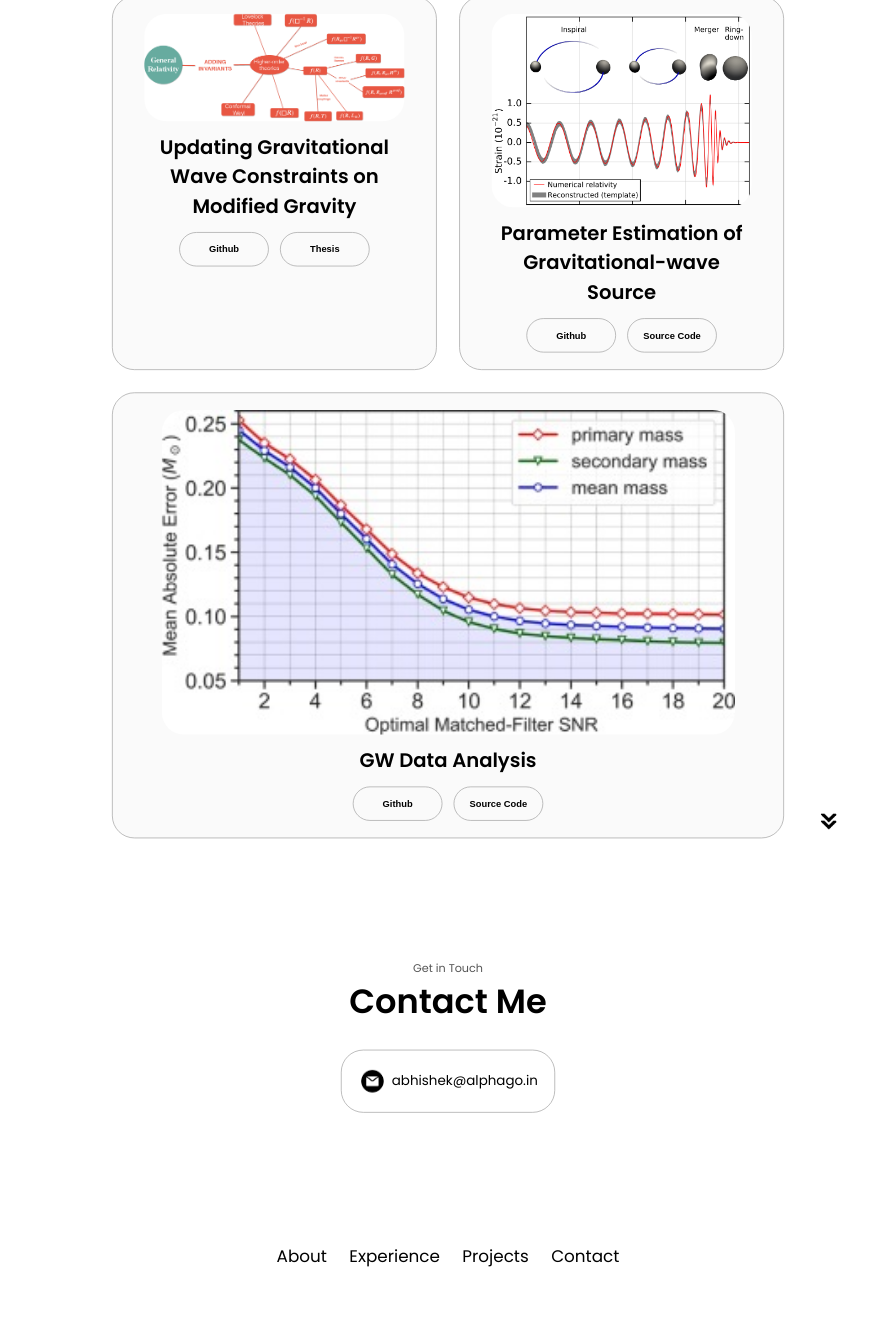
Repository: APersonalVoyage/APersonalVoyage.github.io
Page: index.html
These files come from the project's save history. The page is drawn as it stood at one moment and after the next save; the edit follows.
The browser window is 1280 px wide. The pictures show the part of the page from y = 2362 to 4282 px (the page is 4282 px tall before and 4179 px after), at 70% of full size.
A picture or video elsewhere on the page could not be fetched, so the positions and the page height are approximate.

Above is the page before, as saved 2023-08-24 18:17:02.

### index.html
<!DOCTYPE html>
<html lang="en">
  <head>
    <meta charset="UTF-8" />
    <meta http-equiv="X-UA-Compatible" content="IE=edge" />
    <meta name="viewport" content="width=device-width, initial-scale=1.0" />
    <title>My Portfolio</title>
    <link rel="stylesheet" href="style.css" />
    <link rel="stylesheet" href="mediaqueries.css" />

  </head>
  <body>
    <nav id="desktop-nav">
      <div class="logo">Abhishek Karkola</div>
      <div>
        <ul class="nav-links">
          <li><a href="#about">About</a></li>
          <li><a href="#experience">Experience</a></li>
          <li><a href="#projects">Projects</a></li>
          <li><a href="#contact">Contact</a></li>
        </ul>
      </div>
    </nav>
    <nav id="hamburger-nav">
      <div class="logo">Abhishek Karkola</div>
      <div class="hamburger-menu">
        <div class="hamburger-icon" onclick="toggleMenu()">
          <span></span>
          <span></span>
          <span></span>
        </div>
        <div class="menu-links">
          <li><a href="#about" onclick="toggleMenu()">About</a></li>
          <li><a href="#experience" onclick="toggleMenu()">Experience</a></li>
          <li><a href="#projects" onclick="toggleMenu()">Projects</a></li>
          <li><a href="#contact" onclick="toggleMenu()">Contact</a></li>
        </div>
      </div>
    </nav>
    <section id = "profile" style = "text-align: center;" >
        <div class="section__pic-container">
            <img src="./assets/My_profile-fotor-20230824122059.png" alt="profile" class="section__pic">
        </div>
        <div class= "section_text" style = "margin-top: 200px;" >
            <p class="section__text__p1">Hello, I'm</p>
        <h1 class="title">Abhishek Karkola</h1>
        <p class="section__text__p2">Gravitational Wave Astrophysicist</p>
        <div class="btn-container">
            <button
              class="btn btn-color-2"
              onclick="window.open('./assets/Abhishek_Academic_CV.pdf')"
            >
              Download CV
            </button>
            <button class="btn btn-color-1" onclick="location.href='./#contact'">
              Contact Info
            </button>
          </div>
          <div id="socials-container">
            <img
            src="./assets/linkedin.png"
            alt="My LinkedIn profile"
            class="icon"
            onclick="location.href='https://linkedin.com/'"
          />
          <img
            src="./assets/github.png"
            alt="My Github profile"
            class="icon"
            onclick="location.href='https://github.com/APersonalVoyage'"
          />
          <img
            src="./assets/instagram.png"
            alt="My instagram profile"
            class="icon"
            onclick="location.href='https://www.instagram.com/apersonalvoyage/'"
          />
          <img
            src="./assets/twitter.png"
            alt="My twitter profile"
            class="icon"
            onclick="location.href='https://twitter.com/APersonalVoyage'"
          />
        </div>
      </div>
          </div>

        </div>
    </section>
    <section id="about">
        <p class="section__text__p1">Get To Know More</p>
        <h1 class="title">About Me</h1>
        <div class="section-container">
          <div class="section__pic-container" style="margin-top: 150px">
            <img
              src="./assets/Profile_Pic2.JPG"
              alt="Profile picture"
              class="about-pic"
            />
          </div>
          <div class="about-details-container">
            <div class="about-containers">
              <div class="details-container">
                <img
                  src="./assets/experience.png"
                  alt="Experience icon"
                  class="icon"
                />
                <h3>Experience</h3>
                <p>1+ years <br />Research Intern</p>
              </div>
              <div class="details-container">
                <img
                  src="./assets/education.png"
                  alt="Education icon"
                  class="icon"
                />
                <h3>Education</h3>
                <p>B.E. Electronics<br />M.Sc. GW Physics</p>
              </div>
            </div>
            <div class="text-container">
              <p>
                I hold a Masters degree in Gravitational Wave Physics from Cardiff University, where my academic journey led me to explore the captivating realms of cosmology, advanced general relativity, and numerical relativity. Prior to this, I earned a Bachelors degree in Electronics and Communication Engineering, where I developed a solid foundation in the intricate world of electronic systems and communication technologies
              </p>
            </div>
          </div>
        </div>
        <img
          src="./assets/arrow.png"
          alt="Arrow icon"
          class="icon arrow"
          onclick="location.href='./#experience'"
        />
    </section>
</section>
<section id="experience">
  <p class="section__text__p1">Explore My</p>
  <h1 class="title">Experience</h1>
  <div class="experience-details-container">
    <div class="about-containers">
      <div class="details-container">
        <h2 class="experience-sub-title">Areas of Expertise</h2>
        <div class="article-container">
          <article>
            <img
              src="./assets/checkmark.png"
              alt="Experience icon"
              class="icon"
            />
            <div>
              <h3>Linear Algebra</h3>
              <p>Experienced</p>
            </div>
          </article>
          <article>
            <img
              src="./assets/checkmark.png"
              alt="Experience icon"
              class="icon"
            />
            <div>
              <h3>Tensor Mathematics</h3>
              <p>Experienced</p>
            </div>
          </article>
          <article>
            <img
              src="./assets/checkmark.png"
              alt="Experience icon"
              class="icon"
            />
            <div>
              <h3>General Relativity</h3>
              <p>Intermediate</p>
            </div>
          </article>
          <article>
            <img
              src="./assets/checkmark.png"
              alt="Experience icon"
              class="icon"
            />
            <div>
              <h3>Cosmology</h3>
              <p>Intermediate</p>
            </div>
          </article>
          <article>
            <img
              src="./assets/checkmark.png"
              alt="Experience icon"
              class="icon"
            />
            <div>
              <h3>Numerical Relativity</h3>
              <p>Basic</p>
            </div>
          </article>
          <article>
            <img
              src="./assets/checkmark.png"
              alt="Experience icon"
              class="icon"
            />
            <div>
              <h3>GW Astrophysics</h3>
              <p>Intermediate</p>
            </div>
          </article>
        </div>
      </div>
      <div class="details-container">
        <h2 class="experience-sub-title">Tools and technologies</h2>
        <div class="article-container">
          <article>
            <img
              src="./assets/checkmark.png"
              alt="Experience icon"
              class="icon"
            />
            <div>
              <h3>PostgreSQL</h3>
              <p>Basic</p>
            </div>
          </article>
          <article>
            <img
              src="./assets/checkmark.png"
              alt="Experience icon"
              class="icon"
            />
            <div>
              <h3>HTML</h3>
              <p>Intermediate</p>
            </div>
          </article>
          <article>
            <img
              src="./assets/checkmark.png"
              alt="Experience icon"
              class="icon"
            />
            <div>
              <h3>Python</h3>
              <p>Experienced</p>
            </div>
          </article>
          <article>
            <img
              src="./assets/checkmark.png"
              alt="Experience icon"
              class="icon"
            />
            <div>
              <h3>Git</h3>
              <p>Intermediate</p>
            </div>
          </article>
          <article>
            <img
              src="./assets/checkmark.png"
              alt="Experience icon"
              class="icon"
            />
            <div>
              <h3> High Performance Computing (HPC)</h3>
              <p>Intermediate</p>
            </div>
          </article>
        </div>
      </div>
    </div>
  </div>
  <img
    src="./assets/arrow.png"
    alt="Arrow icon"
    class="icon arrow"
    onclick="location.href='./#projects'"
  />
</section>
<section id="projects">
    <p class="section__text__p1">Browse My Recent</p>
    <h1 class="title">Projects</h1>
    <div class="experience-details-container">
      <div class="about-containers">
        <div class="details-container color-container">
          <div class="article-container">
            <img
              src="./assets/10-Figure2-1.png"
              alt="Project 1"
              class="project-img"
            />
          </div>
          <h2 class="experience-sub-title project-title">Updating Gravitational Wave Constraints on Modified Gravity</h2>
          <div class="btn-container">
            <button
              class="btn btn-color-2 project-btn"
              onclick="location.href='https://github.com/APersonalVoyage/MSc_Thesis'"
            >
              Github
            </button>
            <button
              class="btn btn-color-2 project-btn"
              onclick="location.href='https://github.com/APersonalVoyage/MSc_Thesis/blob/main/Abhishek_Msc_Dissertation%20.pdf'"
            >
              Thesis
            </button>
          </div>
        </div>
        <div class="details-container color-container">
          <div class="article-container">
            <img
              src="./assets/GW150914_IMR.png"
              alt="Project 2"
              class="project-img"
            />
          </div>
          <h2 class="experience-sub-title project-title">Parameter Estimation of Gravitational-wave Source</h2>
          <div class="btn-container">
            <button
              class="btn btn-color-2 project-btn"
              onclick="location.href='https://github.com/APersonalVoyage/GW-data-analysis'"
            >
              Github
            </button>
            <button
              class="btn btn-color-2 project-btn"
              onclick="location.href='https://github.com/gw-odw/odw-2021'"
            >
              Source Code
            </button>
          </div>
        </div>
         <div class="details-container color-container">
          <div class="article-container">
            <img
              src="./assets/PE.jpg"
              alt="Project 3"
              class="project-img"
            />
          </div>
          <h2 class="experience-sub-title project-title">GW Data Analysis</h2>
          <div class="btn-container">
            <button
              class="btn btn-color-2 project-btn"
              onclick="location.href='https://github.com/APersonalVoyage/Data-Analysis-2022'"
            >
              Github
            </button>
            <button
              class="btn btn-color-2 project-btn"
              onclick="location.href='https://github.com/APersonalVoyage/Data-Analysis-2022'"
            >
              Source Code
            </button>
          </div>

        </div>

      </div>
    </div>
    <img
      src="./assets/arrow.png"
      alt="Arrow icon"
      class="icon arrow"
      onclick="location.href='./#projects'"
    />
  </section>
  <section id="contact">
    <p class="section__text__p1">Get in Touch</p>
    <h1 class="title">Contact Me</h1>
    <div class="contact-info-upper-container">
      <div class="contact-info-container">
        <img
          src="./assets/email.png"
          alt="Email icon"
          class="icon contact-icon email-icon"
        />
        <p><a href="mailto:examplemail@gmail.com">abhishek@alphago.in</a></p>
      </div>
    </div>
  </section>
  <footer>
    <nav>
      <div class="nav-links-container">
        <ul class="nav-links">
          <li><a href="#about">About</a></li>
          <li><a href="#experience">Experience</a></li>
          <li><a href="#projects">Projects</a></li>
          <li><a href="#contact">Contact</a></li>
        </ul>
      </div>
    </nav>

  </footer>
  <script src="script.js"></script>
</body>
</html>

### style.css
/* GENERAL */

@import url("https://fonts.googleapis.com/css2?family=Poppins:wght@300;400;500;600&display=swap");

* {
  margin: 0;
  padding: 0;
}

body {
  font-family: "Poppins", sans-serif;
}

html {
  scroll-behavior: smooth;
}

p {
  color: rgb(85, 85, 85);
}

/* TRANSITION */

a,
.btn {
  transition: all 300ms ease;
}

/* DESKTOP NAV */

nav,
.nav-links {
  display: flex;
}

nav {
  justify-content: space-around;
  align-items: center;
  height: 17vh;
}

.nav-links {
  gap: 2rem;
  list-style: none;
  font-size: 1.5rem;
}

a {
  color: black;
  text-decoration: none;
  text-decoration-color: white;
}

a:hover {
  color: grey;
  text-decoration: underline;
  text-underline-offset: 1rem;
  text-decoration-color: rgb(181, 181, 181);
}

.logo {
  font-size: 2rem;
}

.logo:hover {
  cursor: default;
}

/* HAMBURGER MENU */

#hamburger-nav {
  display: none;
}

.hamburger-menu {
  position: relative;
  display: inline-block;
}

.hamburger-icon {
  display: flex;
  flex-direction: column;
  justify-content: space-between;
  height: 24px;
  width: 30px;
  cursor: pointer;
}

.hamburger-icon span {
  width: 100%;
  height: 2px;
  background-color: black;
  transition: all 0.3 ease-in-out;
}

.menu-links {
  position: absolute;
  top: 100%;
  right: 0;
  background-color: white;
  width: fit-content;
  max-height: 0;
  overflow: hidden;
  transition: all 0.3 ease-in-out;
}

.menu-links a {
  display: block;
  padding: 10px;
  text-align: center;
  font-size: 1.5rem;
  color: black;
  text-decoration: none;
  transition: all 0.3 ease-in-out;
}

.menu-links li {
  list-style: none;
}

.menu-links.open {
  max-height: 300px;
}

.hamburger-icon.open span:first-child {
  transform: rotate(45deg) translate(10px, 5px);
}

.hamburger-icon.open span:nth-child(2) {
  opacity: 0;
}

.hamburger-icon.open span:last-child {
  transform: rotate(-45deg) translate(10px, -5px);
}

.hamburger-icon span:first-child {
  transform: none;
}

.hamburger-icon span:first-child {
  opacity: 1;
}

.hamburger-icon span:first-child {
  transform: none;
}

/* SECTIONS */

section {
  padding-top: 4vh;
  height: 96vh;
  margin: 0 10rem;
  box-sizing: border-box;
  min-height: fit-content;
}

.section-container {
  display: flex;
}

/* PROFILE SECTION */

#profile {
  display: flex;
  justify-content: center;
  gap: 5rem;
  height: 80vh;
}

.section__pic-container {
  display: flex;
  height: 400px;
  width: 400px;
  margin: auto 0;
}

.section__text {
  align-self: center;
  text-align: center;
}

.section__text p {
  font-weight: 600;
}

.section__text__p1 {
  text-align: center;
}

.section__text__p2 {
  font-size: 1.75rem;
  margin-bottom: 1rem;
}

.title {
  font-size: 3rem;
  text-align: center;
}

#socials-container {
  display: flex;
  justify-content: center;
  margin-top: 1rem;
  gap: 1rem;
}

/* ICONS */

.icon {
  cursor: pointer;
  height: 2rem;
}

/* BUTTONS */

.btn-container {
  display: flex;
  justify-content: center;
  gap: 1rem;
}

.btn {
  font-weight: 600;
  transition: all 300ms ease;
  padding: 1rem;
  width: 8rem;
  border-radius: 2rem;
}

.btn-color-1,
.btn-color-2 {
  border: rgb(53, 53, 53) 0.1rem solid;
}

.btn-color-1:hover,
.btn-color-2:hover {
  cursor: pointer;
}

.btn-color-1,
.btn-color-2:hover {
  background: rgb(53, 53, 53);
  color: white;
}

.btn-color-1:hover {
  background: rgb(0, 0, 0);
}

.btn-color-2 {
  background: none;
}

.btn-color-2:hover {
  border: rgb(255, 255, 255) 0.1rem solid;
}

.btn-container {
  gap: 1rem;
}

/* ABOUT SECTION */

#about {
  position: relative;
}

.about-containers {
  gap: 2rem;
  margin-bottom: 2rem;
  margin-top: 2rem;
}

.about-details-container {
  justify-content: center;
  flex-direction: column;
}

.about-containers,
.about-details-container {
  display: flex;
}

.about-pic {
  border-radius: 2rem;
}

.arrow {
  position: absolute;
  right: -5rem;
  bottom: 2.5rem;
}

.details-container {
  padding: 1.5rem;
  flex: 1;
  background: white;
  border-radius: 2rem;
  border: rgb(53, 53, 53) 0.1rem solid;
  border-color: rgb(163, 163, 163);
  text-align: center;
}

.section-container {
  gap: 4rem;
  height: 80%;
}

.section__pic-container {
  height: 400px;
  width: 400px;
  margin: auto 0;
}

/* EXPERIENCE SECTION */

#experience {
  position: relative;
}

.experience-sub-title {
  color: rgb(85, 85, 85);
  font-weight: 600;
  font-size: 1.75rem;
  margin-bottom: 2rem;
}

.experience-details-container {
  display: flex;
  justify-content: center;
  flex-direction: column;
}

.article-container {
  display: flex;
  text-align: initial;
  flex-wrap: wrap;
  flex-direction: row;
  gap: 2.5rem;
  justify-content: space-around;
}

article {
  display: flex;
  width: 10rem;
  justify-content: space-around;
  gap: 0.5rem;
}

article .icon {
  cursor: default;
}

/* PROJECTS SECTION */

#projects {
  position: relative;
}

.color-container {
  border-color: rgb(163, 163, 163);
  background: rgb(250, 250, 250);
}

.project-img {
  border-radius: 2rem;
  width: 90%;
  height: 90%;
}

.project-title {
  margin: 1rem;
  color: black;
}

.project-btn {
  color: black;
  border-color: rgb(163, 163, 163);
}

/* CONTACT */

#contact {
  display: flex;
  justify-content: center;
  flex-direction: column;
  height: 70vh;
}

.contact-info-upper-container {
  display: flex;
  justify-content: center;
  border-radius: 2rem;
  border: rgb(53, 53, 53) 0.1rem solid;
  border-color: rgb(163, 163, 163);
  background: (250, 250, 250);
  margin: 2rem auto;
  padding: 0.5rem;
}

.contact-info-container {
  display: flex;
  align-items: center;
  justify-content: center;
  gap: 0.5rem;
  margin: 1rem;
}

.contact-info-container p {
  font-size: larger;
}

.contact-icon {
  cursor: default;
}

.email-icon {
  height: 2.5rem;
}

/* FOOTER SECTION */

footer {
  height: 26vh;
  margin: 0 1rem;
}

footer p {
  text-align: center;
}

### mediaqueries.css
@media screen and (max-width: 1400px) {
  #profile {
    height: 83vh;
    margin-bottom: 6rem;
  }
  .about-containers {
    flex-wrap: wrap;
  }
}

@media screen and (max-width: 1200px) {
  #desktop-nav {
    display: none;
  }
  #hamburger-nav {
    display: flex;
  }
  #experience,
  .experience-details-container {
    margin-top: 2rem;
  }
  #profile,
  .section-container {
    display: block;
  }
  .arrow {
    display: none;
  }
  section,
  .section-container {
    height: fit-content;
  }
  section {
    margin: 0 5%;
  }
  .section__pic-container {
    width: 275px;
    height: 275px;
    margin: 0 auto 2rem;
  }
  .about-containers {
    margin-top: 0;
  }
}

@media screen and (max-width: 600px) {
  #contact,
  footer {
    height: 40vh;
  }
  #profile {
    height: 83vh;
    margin-bottom: 0;
  }
  article {
    font-size: 1rem;
  }
  footer nav {
    height: fit-content;
    margin-bottom: 2rem;
  }
  .about-containers,
  .contact-info-upper-container,
  .btn-container {
    flex-wrap: wrap;
  }
  .contact-info-container {
    margin: 0;
  }
  .contact-info-container p,
  .nav-links li a {
    font-size: 1rem;
  }
  .experience-sub-title {
    font-size: 1.25rem;
  }
  .logo {
    font-size: 1.5rem;
  }
  .nav-links {
    flex-direction: column;
    gap: 0.5rem;
    text-align: center;
  }
  .section__pic-container {
    width: auto;
    height: 46vw;
    justify-content: center;
  }
  .section__text__p2 {
    font-size: 1.25rem;
  }
  .title {
    font-size: 2rem;
  }
  .text-container {
    text-align: justify;
  }
}

### script.js
function toggleMenu() {
    const menu = document.querySelector(".menu-links");
    const icon = document.querySelector(".hamburger-icon");
    menu.classList.toggle("open");
    icon.classList.toggle("open");
  }

After the next save:
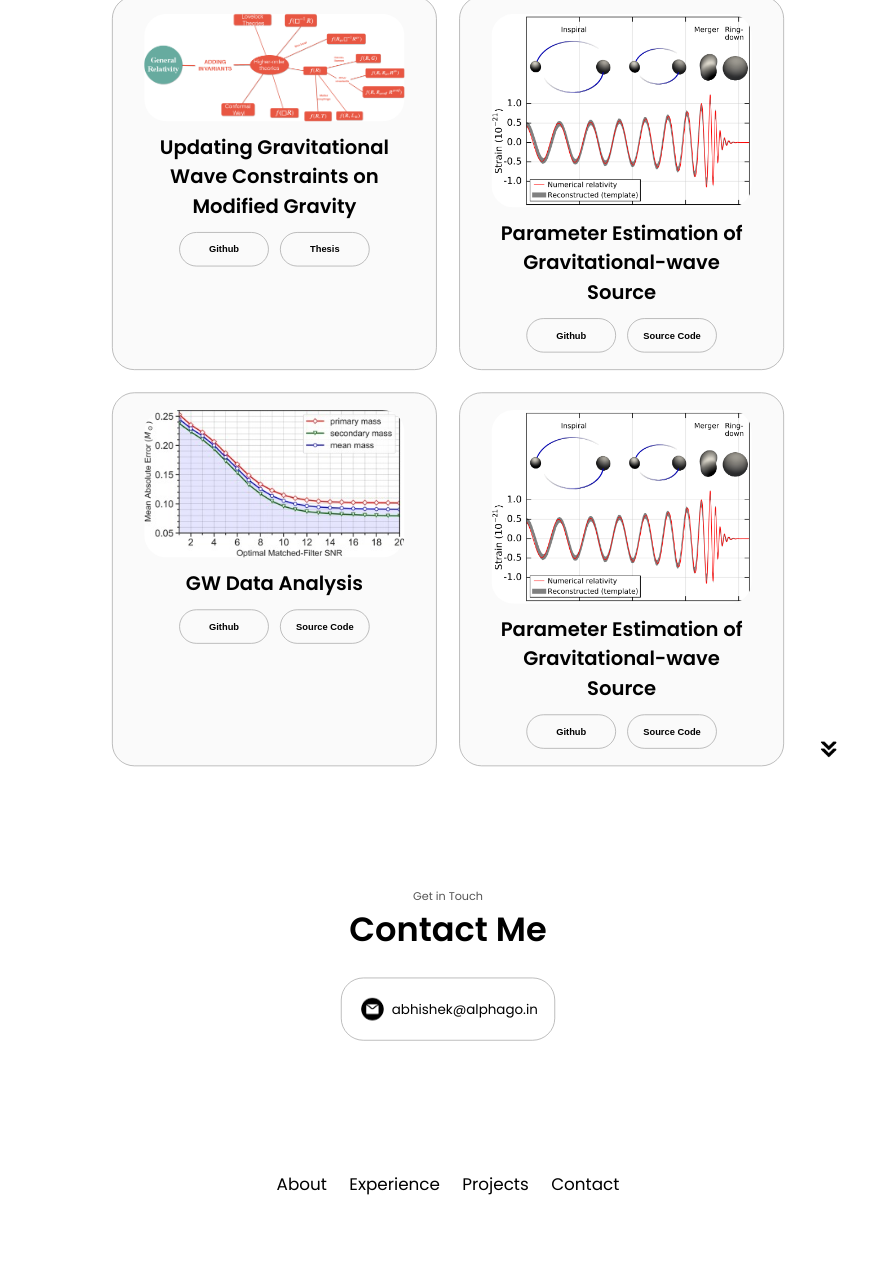
Saved 92 s later.
--- a/index.html
+++ b/index.html
@@ -357,6 +357,30 @@
           </div>
 
         </div>
+        <div class="details-container color-container">
+            <div class="article-container">
+              <img
+                src="./assets/GW150914_IMR.png"
+                alt="Project 2"
+                class="project-img"
+              />
+            </div>
+            <h2 class="experience-sub-title project-title">Parameter Estimation of Gravitational-wave Source</h2>
+            <div class="btn-container">
+              <button
+                class="btn btn-color-2 project-btn"
+                onclick="location.href='https://github.com/APersonalVoyage/GW-data-analysis'"
+              >
+                Github
+              </button>
+              <button
+                class="btn btn-color-2 project-btn"
+                onclick="location.href='https://github.com/gw-odw/odw-2021'"
+              >
+                Source Code
+              </button>
+            </div>
+          </div>
 
       </div>
     </div>
